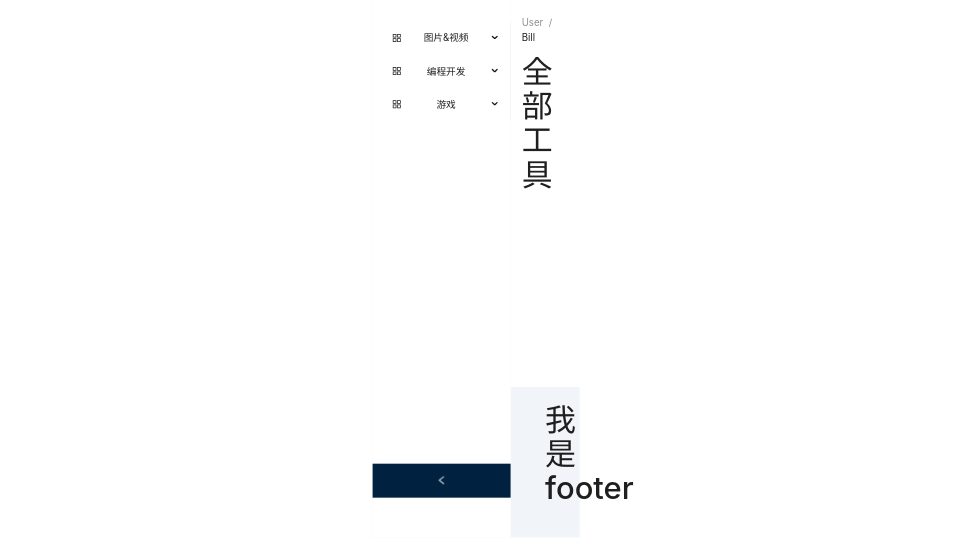
Repository: chenyl8848/chen-tool-collection
Page: /
These files come from the project's save history. The page is drawn as it stood at one moment and after the next save; the edit follows.
The browser window is 1280 px wide. The page is 1410 px wide, so the pictures cover 1410 px, including what lies to the right of the window. The pictures show the whole page, at 69% of full size.
The project was rebuilt for these pictures with package versions that can differ from the ones it lists, and the page was loaded fresh each time. Also part of the build but not shown: vite.config.ts, src/components/HelloWorld.vue.

Above is the page before, as saved 2024-01-12 15:57:48.

After the next save:
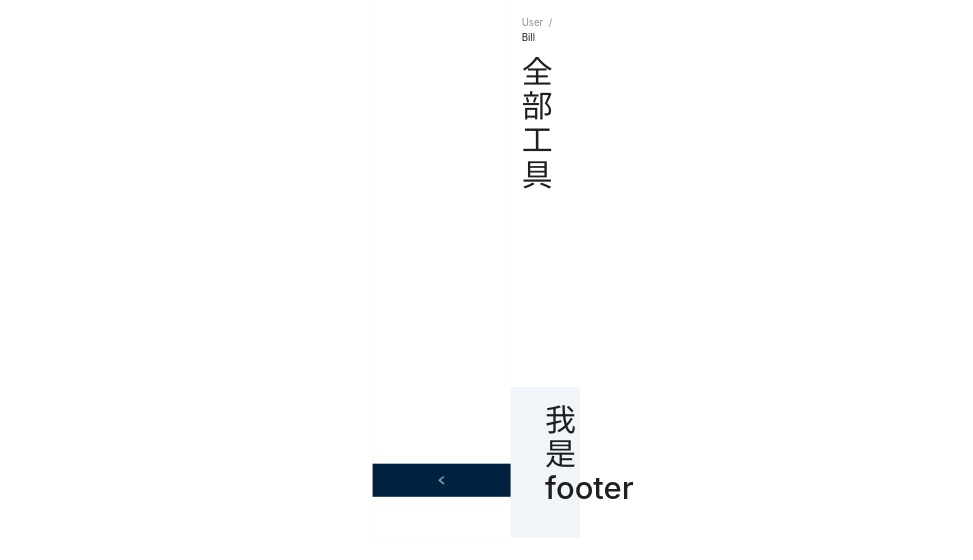
Console error: TypeError: Cannot read properties of undefined (reading 'push')
Saved 2 min 46 s later.
--- a/src/store/module/tool.ts
+++ b/src/store/module/tool.ts
@@ -77,15 +77,15 @@
     return routes
 }
 
-const generateAllTools = (tools: Array<ToolsType>): Array<ToolsType> => {
+const generateAllTools = (tools: Array<ToolsType>,toolList: Array<ToolsType>): Array<ToolsType> => {
 
-    let toolList: Array<ToolsType> = []
+    // let toolList: Array<ToolsType> = []
 
     tools.forEach((item: ToolsType) => {
-        if (item.list) {
-            generateAllTools(item.list)
+        if (!item.list) {
+            toolList.push(item)
         } else {
-            toolList.push(item)
+            generateAllTools(item.list, toolList)
         }
 
     })

After the save that followed:
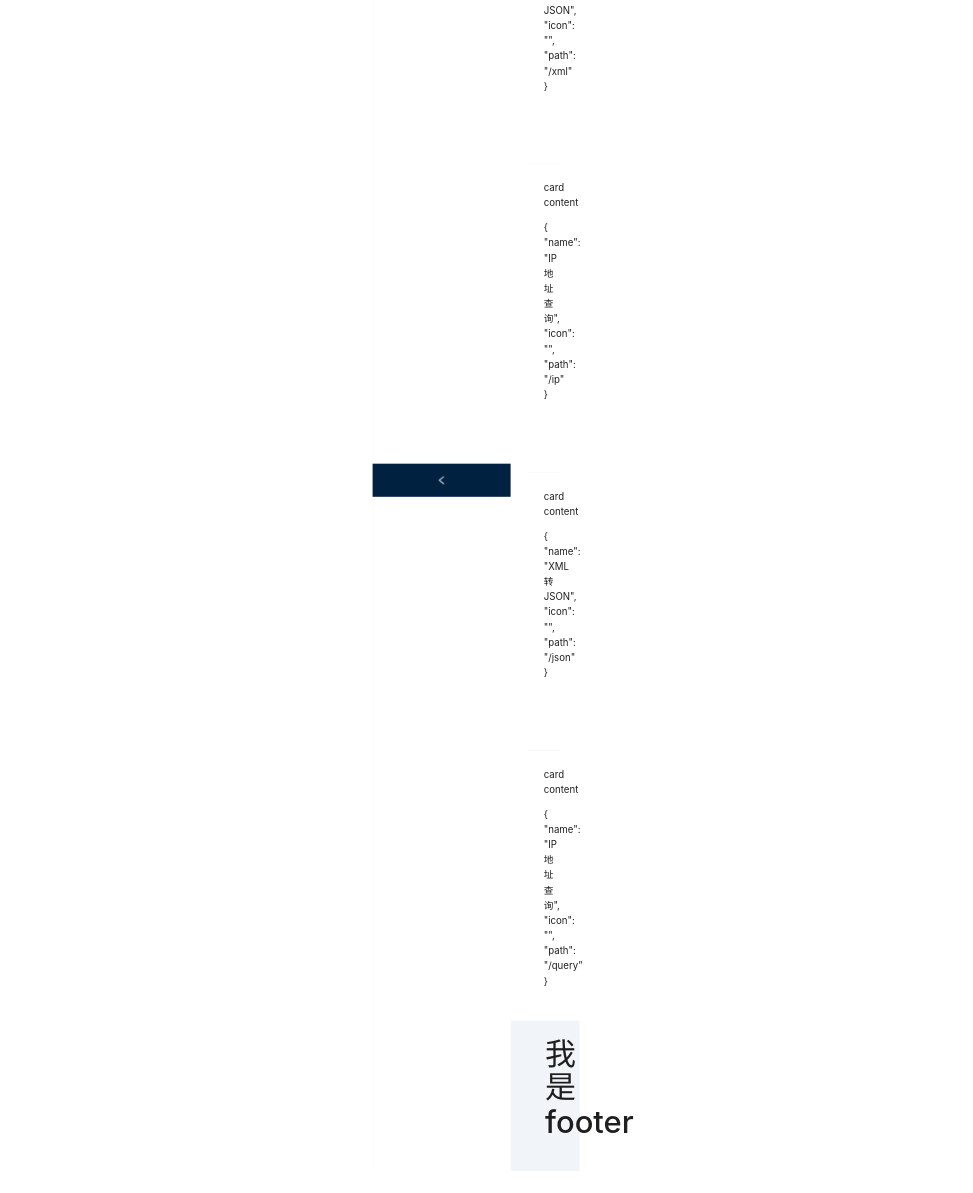
The error is gone.
Saved 54 s later.
--- a/src/store/module/tool.ts
+++ b/src/store/module/tool.ts
@@ -17,7 +17,8 @@
 
     const getMenus = generateDynamicMenus(tools)
     const getRoutes = generateDynamicRoutes(tools)
-    const getTools = generateAllTools(tools)
+    const getTools:Array<ToolsType> = []
+    generateAllTools(tools, getTools)
 
     return {
         getMenus,
